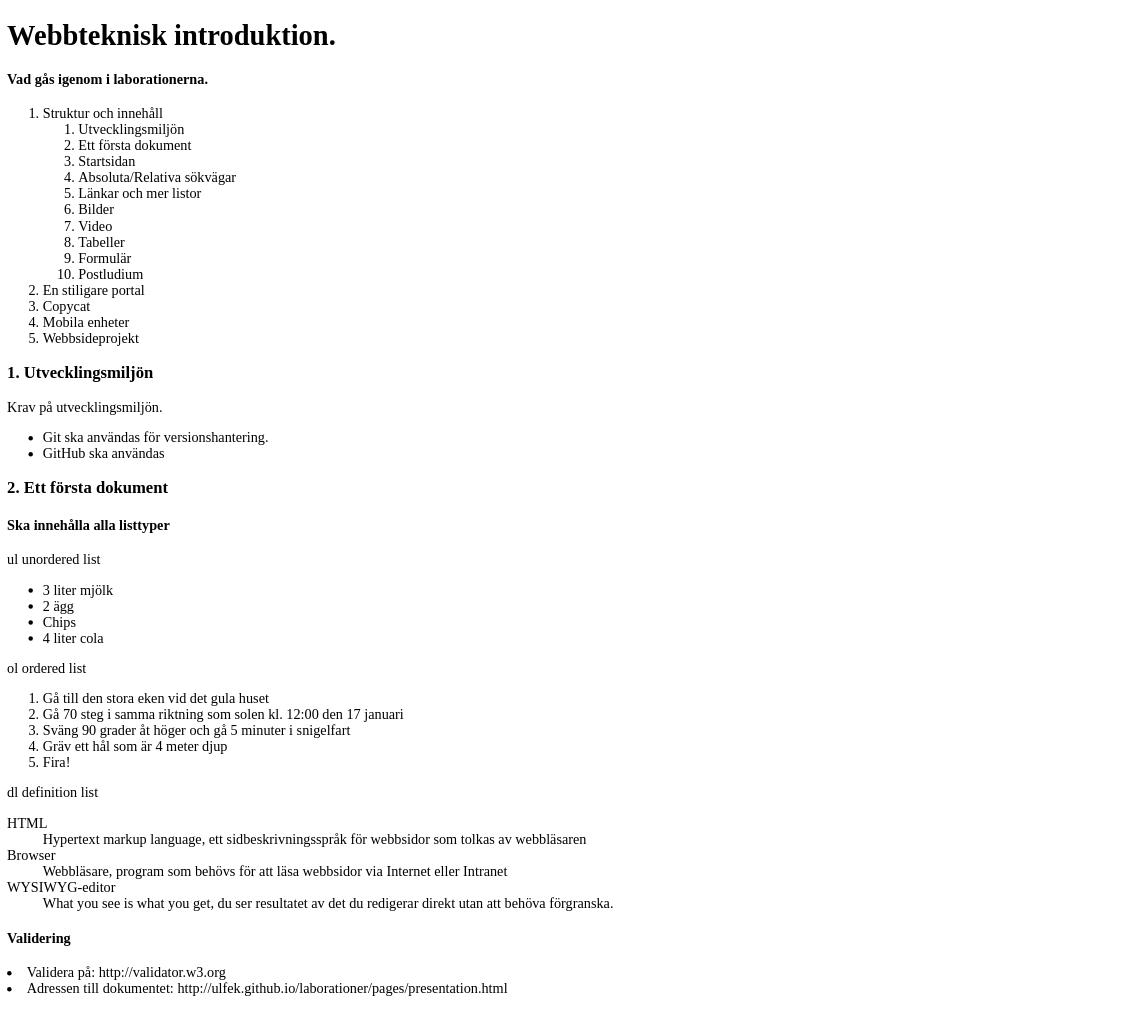
Repository: ulfek/laborationer
Page: pages/presentation.html
The author's editor kept a record of every edit. The page is drawn from the files as they stood at one moment, then again after the next edit.
The browser window is 1280 px wide. The pictures show the whole page, at 89% of full size.

Above is the page before.

### pages/presentation.html
<!doctype html>
<html>
    <head>
    <meta charset="utf-8" />

    <body>
        <!-- Test av kommentar -->
        <h1>Webbteknisk introduktion.</h1>
        <h4>Vad gås igenom i laborationerna.</h4>
        <ol>
            <li>Struktur och innehåll
                <ol>
                    <li>Utvecklingsmiljön</li>
                    <li>Ett första dokument</li>
                    <li>Startsidan</li>
                    <li>Absoluta/Relativa sökvägar</li>
                    <li>Länkar och mer listor</li>
                    <li>Bilder</li>
                    <li>Video</li>
                    <li>Tabeller</li>
                    <li>Formulär</li>
                    <li>Postludium</li>
                </ol>
            </li>

            <li>En stiligare portal</li>
            <li>Copycat</li>
            <li>Mobila enheter</li>
            <li>Webbsideprojekt</li>
        </ol>
        <h3>1. Utvecklingsmiljön</h3>
        Krav på utvecklingsmiljön.
            <ul>
                <li>Git ska användas för versionshantering.</li>
                <li>GitHub ska användas</li>
            </ul>

        <h3>2. Ett första dokument</h3>
        <h4>Ska innehålla alla listtyper</h4>
                ul unordered list
                         <ul>
                             <li>3 liter mjölk</li>
                             <li>2 ägg</li>
                             <li>Chips</li>
                             <li>4 liter cola</li>
                         </ul>
                ol ordered list
                         <ol>
                             <li>Gå till den stora eken vid det gula huset</li>
                             <li>Gå 70 steg i samma riktning som solen kl. 12:00 den 17 januari</li>
                             <li>Sväng 90 grader åt höger och gå 5 minuter i snigelfart</li>
                             <li>Gräv ett hål som är 4 meter djup</li>
                             <li>Fira!</li>
                         </ol>
                dl definition list
                <dl>
                        <dt>HTML</dt>
                            <dd>Hypertext markup language, ett sidbeskrivningsspråk för webbsidor som tolkas av webbläsaren</dd>
                        <dt>Browser</dt>
                            <dd>Webbläsare, program som behövs för att läsa webbsidor via Internet eller Intranet</dd>
                        <dt>WYSIWYG-editor</dt>
                            <dd>What you see is what you get, du ser resultatet av det du redigerar direkt utan att behöva förgranska.</dd>
                </dl>
        <h4>Validering</h4>
        <dl>
        <li>Validera på: http://validator.w3.org</li>
        <li>Adressen till dokumentet: http://ulfek.github.io/laborationer/pages/presentation.html</li>
        </dl>
</body>

</html>

After the next edit:
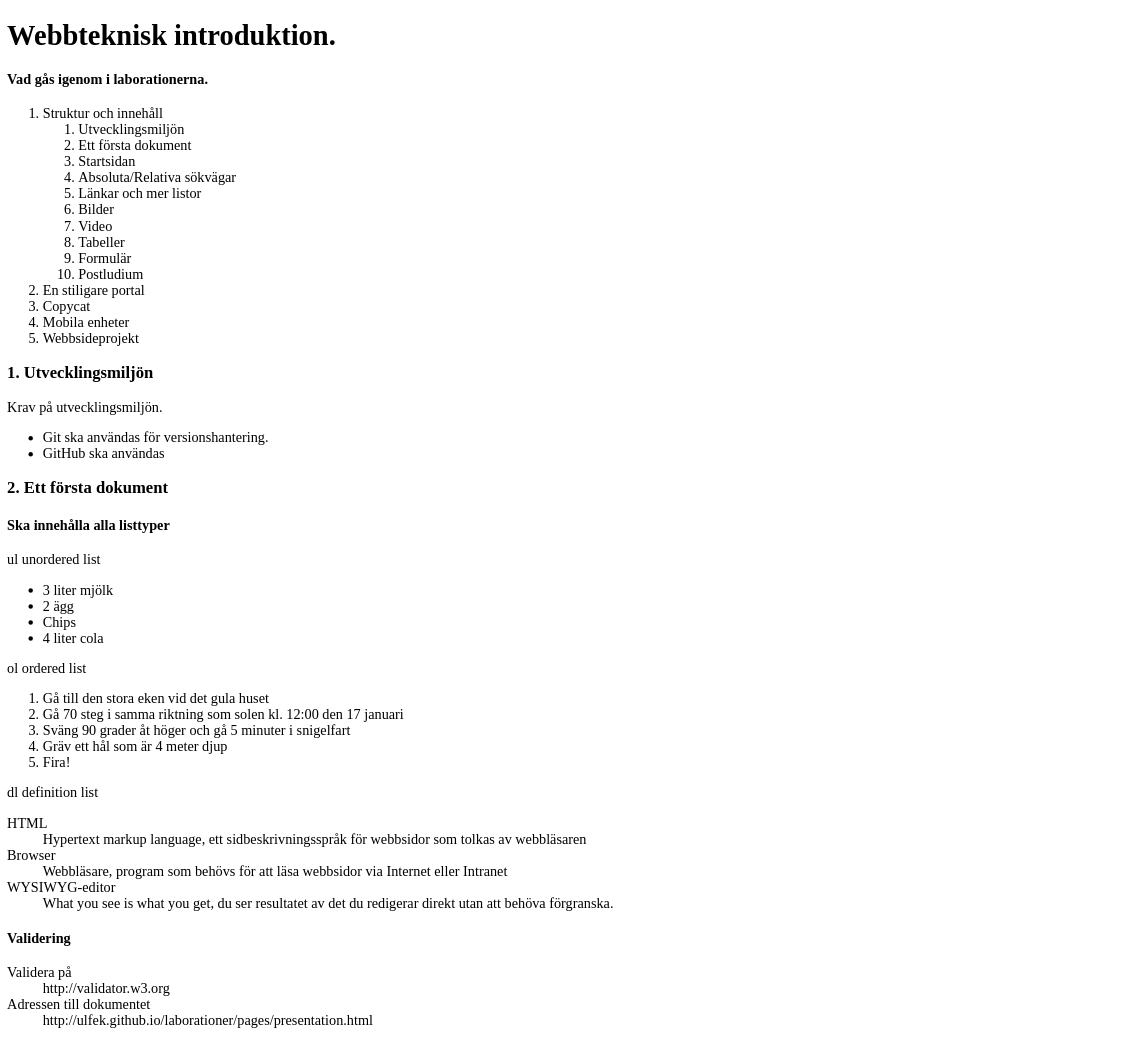
The edit:
--- a/pages/presentation.html
+++ b/pages/presentation.html
@@ -63,8 +63,8 @@
                 </dl>
         <h4>Validering</h4>
         <dl>
-        <li>Validera på: http://validator.w3.org</li>
-        <li>Adressen till dokumentet: http://ulfek.github.io/laborationer/pages/presentation.html</li>
+            <dt>Validera på</dt><dd>http://validator.w3.org</dd>
+            <dt>Adressen till dokumentet</dt><dd>http://ulfek.github.io/laborationer/pages/presentation.html</dd>
         </dl>
 </body>
 
